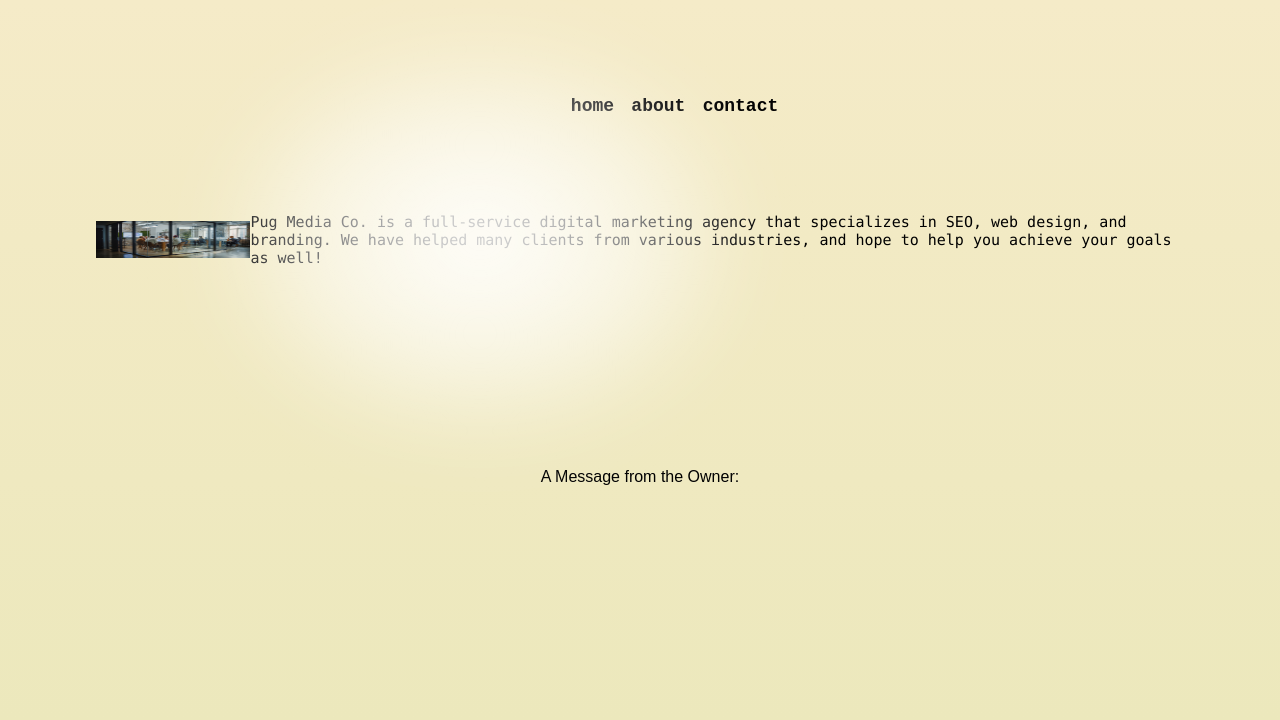
Repository: cheungglenda/MDIA2109-Week3
Page: /
The author's editor kept a copy of each file at every save. The page is drawn from the files as they stood at one save, then again after the next save.
The browser window is 1280 px wide. The pictures show the whole page.
The project was rebuilt for these pictures with package versions that can differ from the ones it lists, and the page was loaded fresh each time. The framework's server and built-in components were replaced by stand-ins that run in the browser. Also part of the build but not shown: next.config.js, components/Card/index.js.

Above is the page before, as saved 2023-01-20 18:55:01.

After the next save:
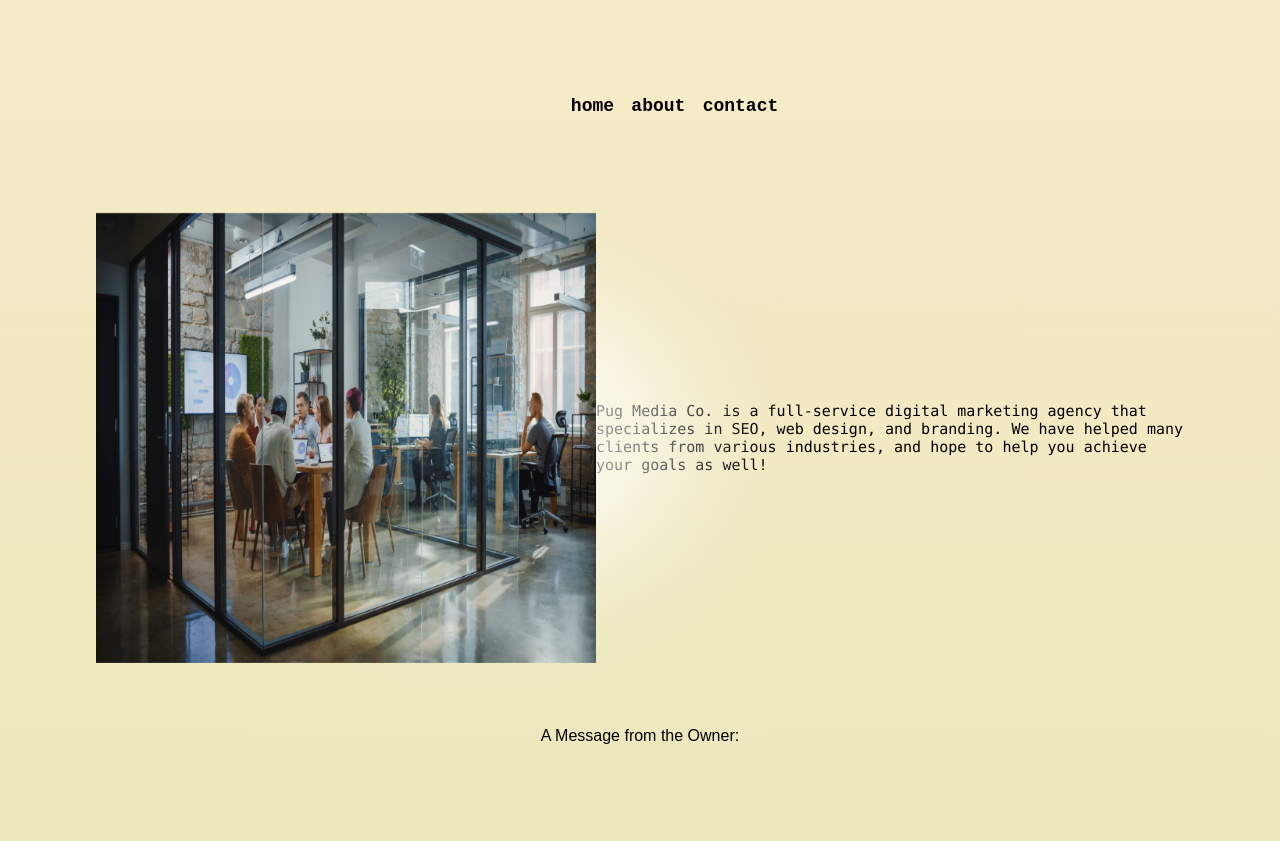
Saved 7 s later.
--- a/pages/index.js
+++ b/pages/index.js
@@ -34,8 +34,8 @@ export default function Home() {
           <Image
             className={styles.logo}
             src="/office.jpeg"
-            width={180}
-            height={37}
+            width={500}
+            height={450}
             priority
           />
           <div className={styles.description}>
